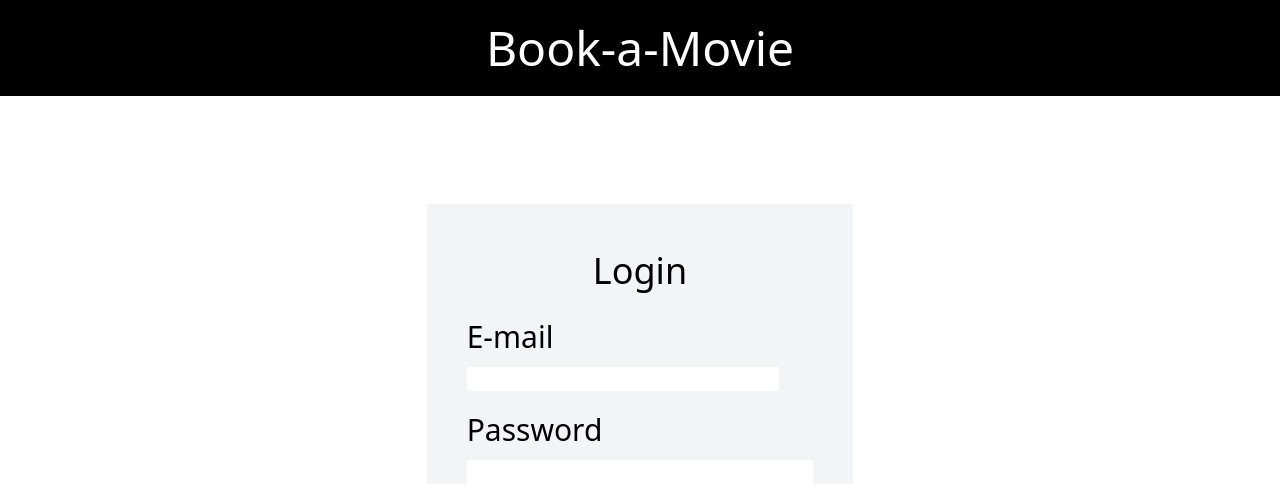
Repository: BhumilModi/movie-booking-app-assignment
Page: /
The author's editor kept a copy of each file at every save. The page is drawn from the files as they stood at one save, then again after the next save.
The browser window is 1280 px wide. The pictures show the whole page.
The project was rebuilt for these pictures with package versions that can differ from the ones it lists, and the page was loaded fresh each time. Also part of the build but not shown: src/App.css.

Above is the page before, as saved 2022-11-29 18:13:01.

### src/App.js
import './App.css';
import Login from './components/Login';
import Navbar from './components/Navbar';

function App() {
  return (
    <div>
      <Login />
    </div>
  );
}

export default App;

### src/components/Login.jsx
import React from "react";
import Navbar from "./Navbar";

function Login() {
  return (
    <div className="flex flex-col justify-center items-center">
      <Navbar />
      <div className="h-[40vh] bg-gray-100 w-1/3 my-[15vh] flex flex-col p-[40px]">
        <div className="text-[36px] mx-auto">Login</div>
        <div className="text-[30px] mt-4 mb-2">E-mail</div>
        <input type="text" className="w-[90%]" />
        <div className="text-[30px] mt-4 mb-2">Password</div>
        <input type="password" />
      </div>
    </div>
  );
}

export default Login;

### src/components/Navbar.jsx
import React from "react";

function Navbar() {
  return (
    <div className="h-24 bg-black flex justify-center items-center w-full">
      <div className="text-white text-[48px]">Book-a-Movie</div>
    </div>
  );
}

export default Navbar;

Loaded but not shown: public/index.html (common file); src/index.js (common file); src/index.css (common file); tailwind.config.js (common file)

After the next save:
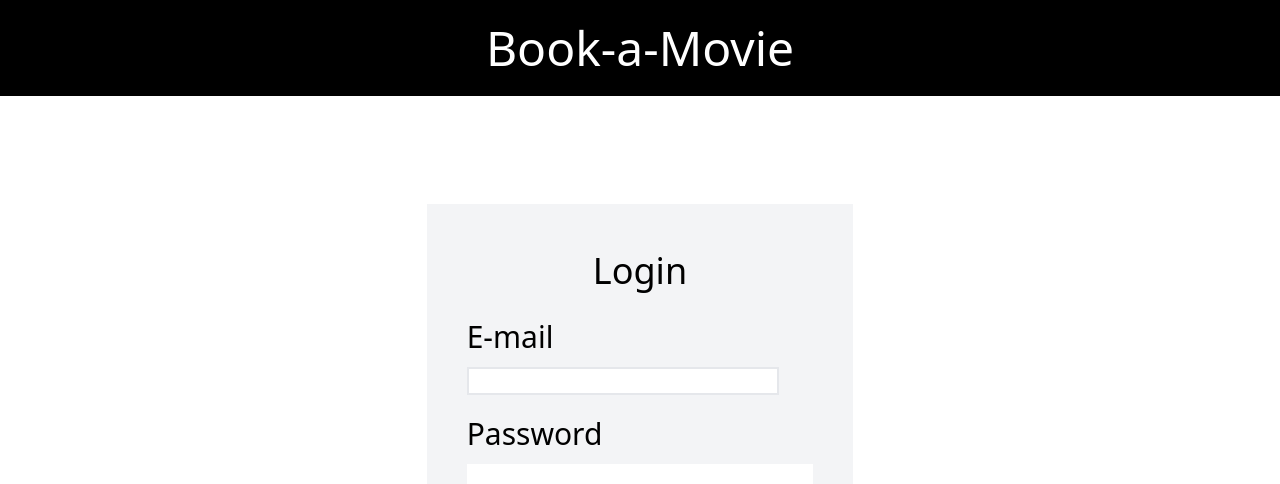
Saved 86 s later.
--- a/src/components/Login.jsx
+++ b/src/components/Login.jsx
@@ -8,7 +8,7 @@
       <div className="h-[40vh] bg-gray-100 w-1/3 my-[15vh] flex flex-col p-[40px]">
         <div className="text-[36px] mx-auto">Login</div>
         <div className="text-[30px] mt-4 mb-2">E-mail</div>
-        <input type="text" className="w-[90%]" />
+        <input type="text" className="w-[90%] border-2" />
         <div className="text-[30px] mt-4 mb-2">Password</div>
         <input type="password" />
       </div>

After the save that followed:
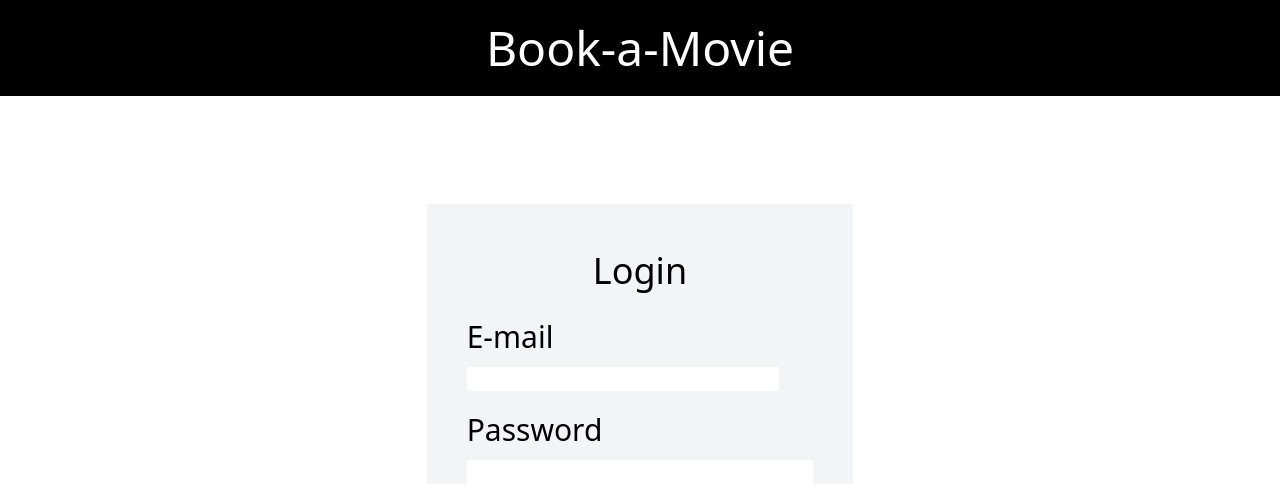
Saved 13 s later.
--- a/src/components/Login.jsx
+++ b/src/components/Login.jsx
@@ -8,7 +8,7 @@
       <div className="h-[40vh] bg-gray-100 w-1/3 my-[15vh] flex flex-col p-[40px]">
         <div className="text-[36px] mx-auto">Login</div>
         <div className="text-[30px] mt-4 mb-2">E-mail</div>
-        <input type="text" className="w-[90%] border-2" />
+        <input type="text" className="w-[90%] border-2-black" />
         <div className="text-[30px] mt-4 mb-2">Password</div>
         <input type="password" />
       </div>
